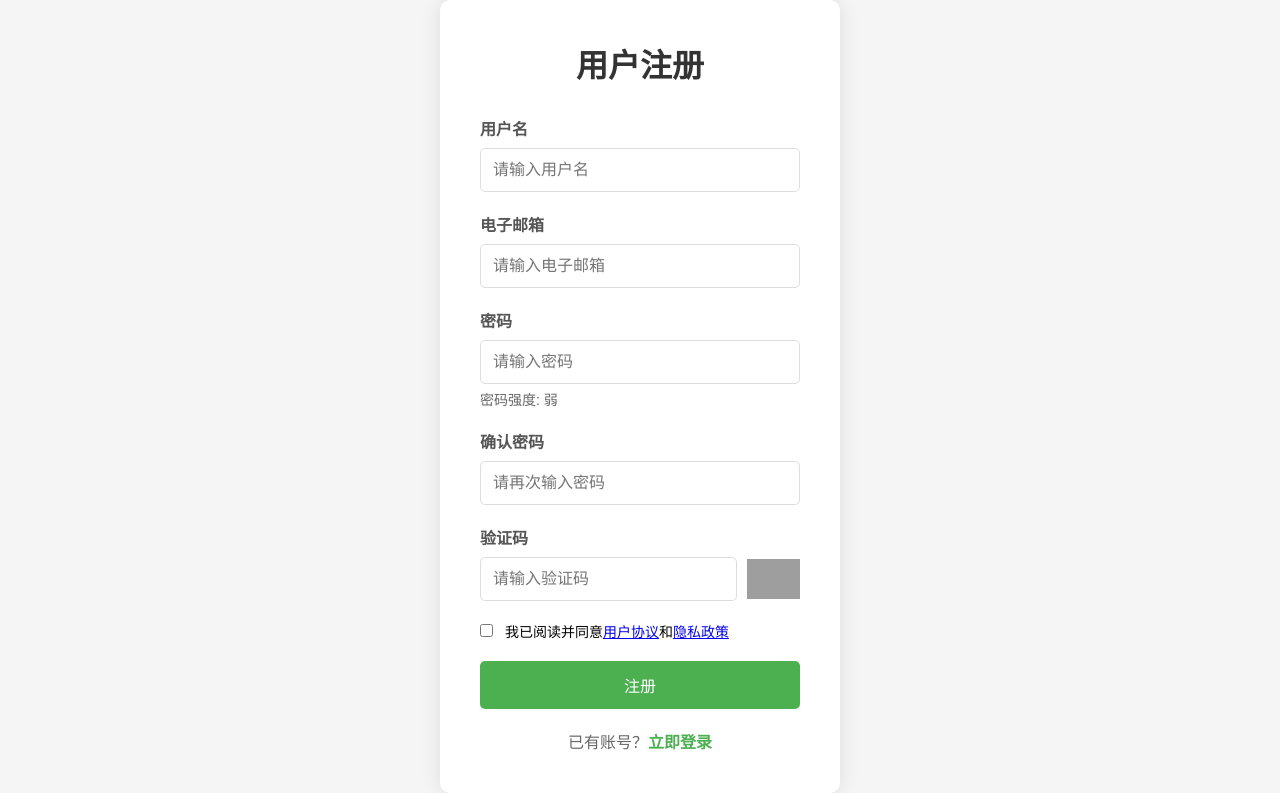
Repository: Jiege005/mytest-software-project
Page: mytest/WebContent/register.html
These files come from the project's save history. The page is drawn as it stood at one moment and after the next save; the edit follows.
The browser window is 1280 px wide. The pictures show the whole page.
Pictures or frames that could not be fetched are drawn as grey boxes.

Above is the page before, as saved 2025-06-18 13:51:57.

### mytest/WebContent/register.html
<!DOCTYPE html>
<html lang="zh-CN">
<head>
    <meta charset="UTF-8">
    <meta name="viewport" content="width=device-width, initial-scale=1.0">
    <title>用户注册</title>
    <style>
        * {
            margin: 0;
            padding: 0;
            box-sizing: border-box;
            font-family: 'Arial', sans-serif;
        }

        body {
            background-color: #f5f5f5;
            display: flex;
            justify-content: center;
            align-items: center;
            min-height: 100vh;
        }

        .container {
            width: 100%;
            max-width: 400px;
            background: #fff;
            border-radius: 10px;
            box-shadow: 0 0 20px rgba(0, 0, 0, 0.1);
            overflow: hidden;
        }

        .form-container {
            padding: 40px;
        }

        h1 {
            text-align: center;
            margin-bottom: 30px;
            color: #333;
        }

        .form-group {
            margin-bottom: 20px;
        }

        .form-group label {
            display: block;
            margin-bottom: 8px;
            color: #555;
            font-weight: bold;
        }

        .form-group input {
            width: 100%;
            padding: 12px;
            border: 1px solid #ddd;
            border-radius: 5px;
            font-size: 16px;
            transition: border 0.3s;
        }

        .form-group input:focus {
            border-color: #4CAF50;
            outline: none;
        }

        .btn {
            width: 100%;
            padding: 12px;
            background-color: #4CAF50;
            color: white;
            border: none;
            border-radius: 5px;
            font-size: 16px;
            cursor: pointer;
            transition: background-color 0.3s;
        }

        .btn:hover {
            background-color: #45a049;
        }

        .switch-form {
            text-align: center;
            margin-top: 20px;
            color: #666;
        }

        .switch-form a {
            color: #4CAF50;
            text-decoration: none;
            font-weight: bold;
        }

        .switch-form a:hover {
            text-decoration: underline;
        }

        .password-strength {
            margin-top: 5px;
            font-size: 14px;
            color: #666;
        }

        .terms {
            margin-bottom: 20px;
            font-size: 14px;
        }

        .terms input {
            margin-right: 8px;
        }
    </style>
</head>
<body>
    <div class="container">
        <div class="form-container">
            <h1>用户注册</h1>
            <form action="/register" method="POST" id="registerForm">
                <div class="form-group">
                    <label for="username">用户名</label>
                    <input type="text" id="username" name="username" placeholder="请输入用户名" required>
                </div>
                <div class="form-group">
                    <label for="email">电子邮箱</label>
                    <input type="email" id="email" name="email" placeholder="请输入电子邮箱" required>
                </div>
                <div class="form-group">
                    <label for="password">密码</label>
                    <input type="password" id="password" name="password" placeholder="请输入密码" required>
                    <div class="password-strength">密码强度: <span id="strengthIndicator">弱</span></div>
                </div>
                <div class="form-group">
                    <label for="confirm-password">确认密码</label>
                    <input type="password" id="confirm-password" name="confirm_password" placeholder="请再次输入密码" required>
                </div>
                <div class="form-group">
				    <label for="captcha">验证码</label>
				    <div style="display: flex; align-items: center; gap: 10px;">
				        <input type="text" id="captcha" name="captcha" placeholder="请输入验证码" required
				               style="flex: 1; min-width: 0;">
				        <img src="/captcha" alt="验证码" id="captcha-image"
				             style="height: 40px; cursor: pointer;"
				             onclick="refreshCaptcha()">
				    </div>
				</div>
                <div class="terms">
                    <input type="checkbox" id="agree-terms" name="agree_terms" required>
                    <label for="agree-terms">我已阅读并同意<a href="#">用户协议</a>和<a href="#">隐私政策</a></label>
                </div>
                <button type="submit" class="btn">注册</button>
            </form>
            <div class="switch-form">
                已有账号？<a href="login.html">立即登录</a>
            </div>
        </div>
    </div>

    <script>
        // 密码强度检测
        document.getElementById('password').addEventListener('input', function() {
            const password = this.value;
            const indicator = document.getElementById('strengthIndicator');

            if (password.length === 0) {
                indicator.textContent = '';
                return;
            }

            let strength = 0;

            // 长度检查
            if (password.length >= 8) strength++;
            if (password.length >= 12) strength++;

            // 复杂度检查
            if (/[A-Z]/.test(password)) strength++;
            if (/[0-9]/.test(password)) strength++;
            if (/[^A-Za-z0-9]/.test(password)) strength++;

            // 更新显示
            if (strength <= 2) {
                indicator.textContent = '弱';
                indicator.style.color = 'red';
            } else if (strength <= 4) {
                indicator.textContent = '中';
                indicator.style.color = 'orange';
            } else {
                indicator.textContent = '强';
                indicator.style.color = 'green';
            }
        });

        // 表单提交验证
        document.getElementById('registerForm').addEventListener('submit', function(event) {
            const password = document.getElementById('password').value;
            const confirmPassword = document.getElementById('confirm-password').value;

            if (password !== confirmPassword) {
                alert('两次输入的密码不一致！');
                event.preventDefault();
            }

            if (!document.getElementById('agree-terms').checked) {
                alert('请同意用户协议和隐私政策');
                event.preventDefault();
            }
        });
        // 刷新验证码
        function refreshCaptcha() {
            document.getElementById('captcha-image').src = '/captcha?t=' + new Date().getTime();
        }

        // 页面加载时初始化验证码
        window.onload = function() {
            refreshCaptcha();
        };
    </script>
</body>
</html>

After the next save:
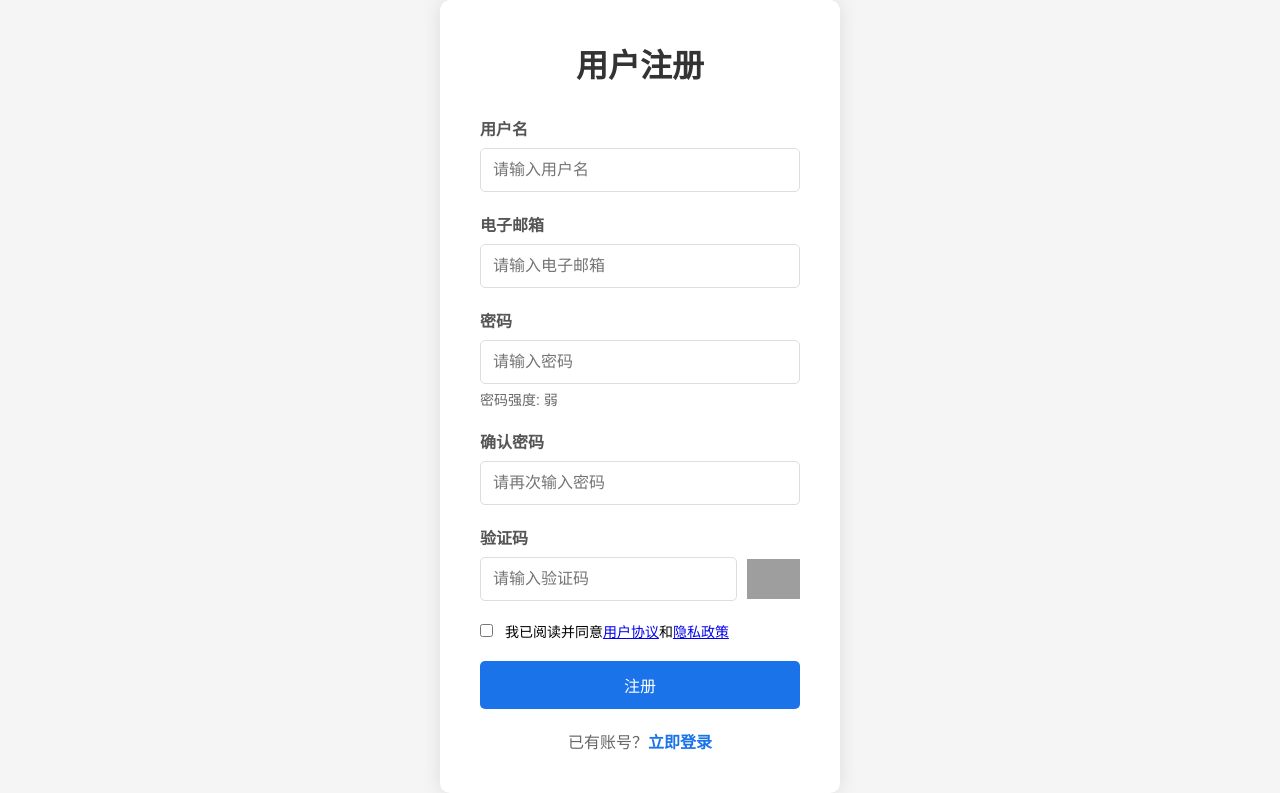
Saved 12 s later.
--- a/mytest/WebContent/register.html
+++ b/mytest/WebContent/register.html
@@ -67,7 +67,7 @@
         .btn {
             width: 100%;
             padding: 12px;
-            background-color: #4CAF50;
+            background-color: #1a73e8;
             color: white;
             border: none;
             border-radius: 5px;
@@ -77,7 +77,7 @@
         }
 
         .btn:hover {
-            background-color: #45a049;
+            background-color: #1a73e8;
         }
 
         .switch-form {
@@ -87,7 +87,7 @@
         }
 
         .switch-form a {
-            color: #4CAF50;
+            color: #1a73e8;
             text-decoration: none;
             font-weight: bold;
         }
